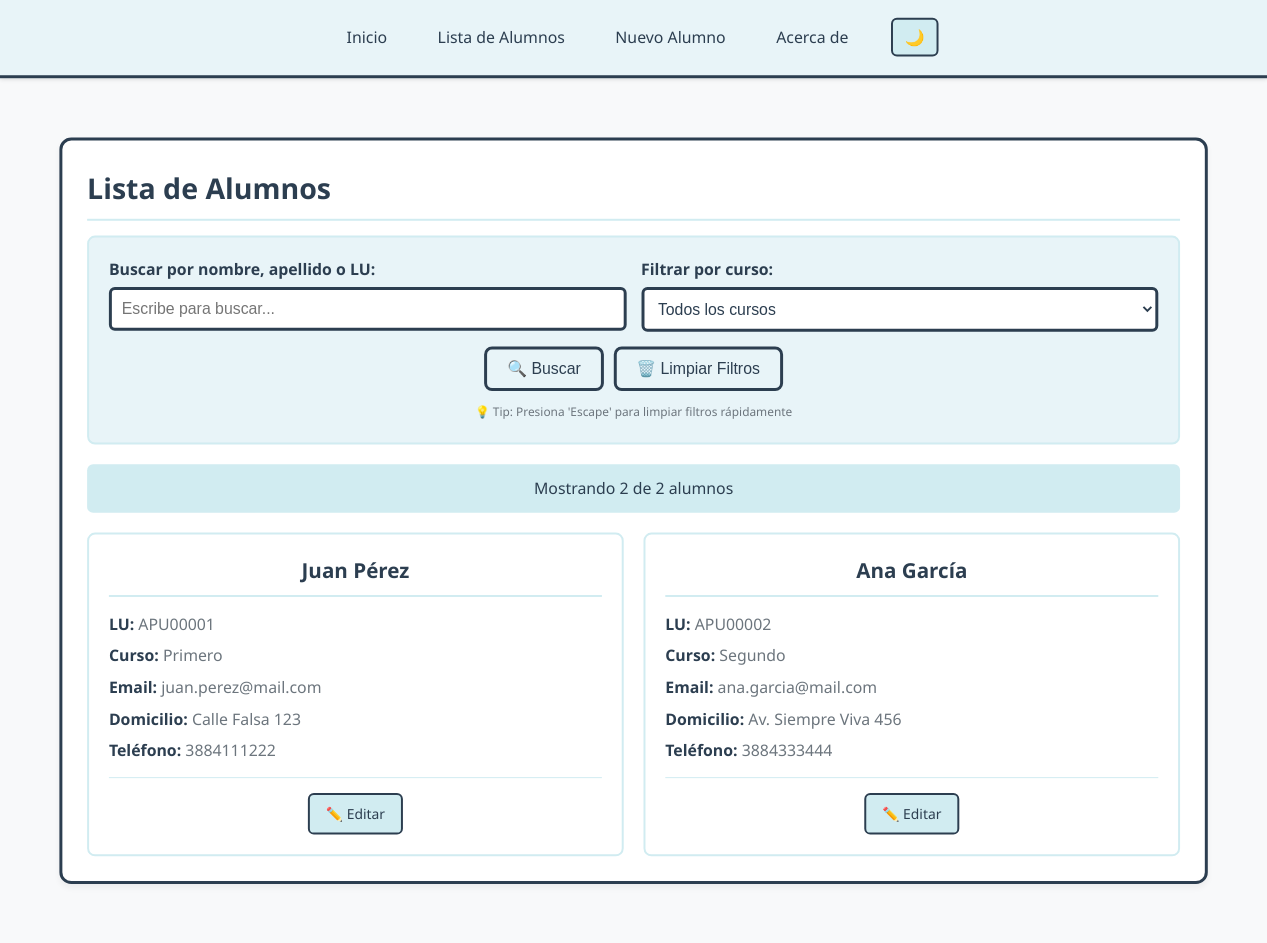
Repository: EduardTr48/pv_tp5_grupo4
Page: /alumnos
An editor plug-in stored every save of this project. The page is shown before and after the next save, followed by the edit.
The browser window is 1280 px wide. The pictures show the whole page, at 99% of full size.
The project was rebuilt for these pictures with package versions that can differ from the ones it lists, and the page was loaded fresh each time. Also part of the build but not shown: vite.config.js.

Above is the page before, as saved 2025-06-06 00:01:53.

### src/index.css
:root {
  font-family: 'Segoe UI', Tahoma, Geneva, Verdana, sans-serif;
  line-height: 1.6;
  font-weight: 400;

  /* Colores pasteles modo claro */
  --color-primary: #f8f9fa;
  --color-secondary: #e8f4f8;
  --color-accent: #d1ecf1;
  --color-border: #2c3e50;
  --color-text: #2c3e50;
  --color-text-light: #6c757d;
  --color-card-bg: #ffffff;
  --color-input-bg: #ffffff;
}

/* Modo oscuro con colores pasteles oscuros */
:root[data-theme="dark"] {
  --color-primary: #2d3748;
  --color-secondary: #4a5568;
  --color-accent: #718096;
  --color-border: #e2e8f0;
  --color-text: #f7fafc;
  --color-text-light: #cbd5e0;
  --color-card-bg: #4a5568;
  --color-input-bg: #2d3748;
}

* {
  margin: 0;
  padding: 0;
  box-sizing: border-box;
}

body {
  background-color: var(--color-primary);
  color: var(--color-text);
  font-size: 16px;
  min-height: 100vh;
}

#root {
  min-height: 100vh;
}

/* Contenedores principales */
.container {
  max-width: 1200px;
  margin: 0 auto;
  padding: 20px;
}

/* Navegación */
nav {
  background-color: var(--color-secondary);
  border-bottom: 3px solid var(--color-border);
  padding: 15px 20px;
  box-shadow: 0 2px 4px rgba(0,0,0,0.1);
  display: flex;
  justify-content: center;
  align-items: center;
  gap: 15px;
}

nav a {
  color: var(--color-text);
  text-decoration: none;
  padding: 8px 16px;
  border-radius: 6px;
  border: 2px solid transparent;
  transition: all 0.3s ease;
  font-weight: 500;
}

nav a:hover {
  background-color: var(--color-accent);
  border-color: var(--color-border);
}

/* Theme toggle button en navbar */
.theme-toggle-nav {
  background-color: var(--color-accent) !important;
  color: var(--color-text) !important;
  border: 2px solid var(--color-border) !important;
  padding: 8px 12px !important;
  border-radius: 6px !important;
  cursor: pointer;
  font-size: 16px !important;
  font-weight: 500 !important;
  transition: all 0.3s ease !important;
  margin-left: 10px;
}

.theme-toggle-nav:hover {
  background-color: var(--color-card-bg) !important;
  color: var(--color-text) !important;
  transform: scale(1.1) !important;
}

/* Títulos */
h1 {
  color: var(--color-text);
  font-size: 2.2em;
  margin-bottom: 20px;
  text-align: center;
  font-weight: 600;
}

h2 {
  color: var(--color-text);
  font-size: 1.8em;
  margin-bottom: 15px;
  border-bottom: 2px solid var(--color-accent);
  padding-bottom: 8px;
}

h3 {
  color: var(--color-text);
  font-size: 1.4em;
  margin-bottom: 12px;
}

/* Párrafos */
p {
  color: var(--color-text-light);
  margin-bottom: 12px;
  line-height: 1.8;
}

/* Contenedores con bordes */
.card {
  background-color: var(--color-card-bg);
  border: 3px solid var(--color-border);
  border-radius: 12px;
  padding: 25px;
  margin: 20px 0;
  box-shadow: 0 4px 6px rgba(0,0,0,0.05);
}

/* Botones */
button {
  background-color: var(--color-secondary);
  color: var(--color-text);
  border: 3px solid var(--color-border);
  padding: 10px 20px;
  border-radius: 8px;
  cursor: pointer;
  font-size: 16px;
  font-weight: 500;
  transition: all 0.3s ease;
}

button:hover {
  background-color: var(--color-accent);
  color: var(--color-text);
  transform: translateY(-1px);
}

/* Inputs */
input, select, textarea {
  border: 3px solid var(--color-border);
  border-radius: 6px;
  padding: 10px;
  font-size: 16px;
  background-color: var(--color-input-bg);
  color: var(--color-text);
  transition: border-color 0.3s ease;
}

input:focus, select:focus, textarea:focus {
  outline: none;
  border-color: var(--color-accent);
  box-shadow: 0 0 0 3px rgba(113, 128, 150, 0.3);
}

/* Labels */
label {
  color: var(--color-text);
  font-weight: 500;
}

/* Enlaces */
a {
  color: var(--color-text);
  text-decoration: none;
}

a:hover {
  color: var(--color-text-light);
}

/* Theme toggle button */
.theme-toggle {
  position: fixed;
  top: 20px;
  right: 20px;
  background-color: var(--color-accent);
  color: var(--color-text);
  border: 3px solid var(--color-border);
  padding: 12px 16px;
  border-radius: 8px;
  cursor: pointer;
  font-size: 14px;
  font-weight: 600;
  transition: all 0.3s ease;
  z-index: 1000;
}

.theme-toggle:hover {
  transform: scale(1.05);
  box-shadow: 0 4px 8px rgba(0,0,0,0.2);
}

/* Estilos para lista de alumnos */
.alumnos-grid {
  display: grid;
  grid-template-columns: repeat(auto-fit, minmax(300px, 1fr));
  gap: 20px;
  margin-top: 20px;
}

.alumno-card {
  background-color: var(--color-card-bg);
  border: 2px solid var(--color-accent);
  border-radius: 8px;
  padding: 20px;
  transition: all 0.3s ease;
}

.alumno-card:hover {
  transform: translateY(-2px);
  box-shadow: 0 4px 12px rgba(0,0,0,0.1);
  border-color: var(--color-border);
}

.alumno-card h3 {
  color: var(--color-text);
  font-size: 1.3em;
  margin-bottom: 15px;
  text-align: center;
  border-bottom: 2px solid var(--color-accent);
  padding-bottom: 8px;
}

.alumno-info p {
  margin-bottom: 8px;
  color: var(--color-text-light);
  line-height: 1.5;
}

.alumno-info strong {
  color: var(--color-text);
  font-weight: 600;
}

/* Acciones de alumno */
.alumno-actions {
  display: flex;
  justify-content: center;
  gap: 10px;
  margin-top: 15px;
  padding-top: 15px;
  border-top: 1px solid var(--color-accent);
}

.btn-editar {
  background-color: var(--color-accent);
  color: var(--color-text);
  border: 2px solid var(--color-border);
  padding: 8px 16px;
  border-radius: 6px;
  text-decoration: none;
  font-weight: 500;
  font-size: 14px;
  transition: all 0.3s ease;
  display: inline-flex;
  align-items: center;
  gap: 5px;
}

.btn-editar:hover {
  background-color: var(--color-secondary);
  transform: translateY(-1px);
  box-shadow: 0 2px 4px rgba(0,0,0,0.1);
}

/* Estilos para formulario de filtros */
.filtros-form {
  background-color: var(--color-secondary);
  border: 2px solid var(--color-accent);
  border-radius: 8px;
  padding: 20px;
  margin-bottom: 20px;
}

.filtros-row {
  display: grid;
  grid-template-columns: 1fr 1fr;
  gap: 15px;
  margin-bottom: 15px;
}

.filtro-campo {
  display: flex;
  flex-direction: column;
  gap: 5px;
}

.filtro-campo label {
  font-weight: 600;
  color: var(--color-text);
}

.filtros-acciones {
  display: flex;
  gap: 10px;
  justify-content: center;
  margin-bottom: 10px;
}

.filtros-tip {
  text-align: center;
  font-size: 12px;
  color: var(--color-text-light);
  margin: 0;
}

.resultados-info {
  background-color: var(--color-accent);
  padding: 10px;
  border-radius: 6px;
  text-align: center;
  font-weight: 500;
  color: var(--color-text);
  margin-bottom: 15px;
}

/* Responsive para filtros */
@media (max-width: 768px) {
  .filtros-row {
    grid-template-columns: 1fr;
  }

  .filtros-acciones {
    flex-direction: column;
  }
}

### src/App.jsx
import { useState } from 'react'
import { BrowserRouter as Router, Routes, Route } from 'react-router-dom';
import NavBar from './components/NavBar.jsx';
import ListaAlumnos from './components/ListaAlumnos.jsx';

const App = () => {
  const [count, setCount] = useState(0)

  const HomePage = () => (
    <div className="container">
      <div className="card">
        <h1>Bienvenido al Sistema de Gestión de Alumnos</h1>
        <p>Este sistema te permite administrar la información de los estudiantes de manera eficiente.</p>
        <p>Utiliza el menú de navegación para acceder a las diferentes funcionalidades.</p>
      </div>
    </div>
  );

  return (
    <Router>
      <NavBar />
      <div style={{ padding: '20px' }}>
        <Routes>
          <Route path="/" element={<HomePage />} />
          <Route path="/alumnos" element={<ListaAlumnos />} />
          <Route path="/alumnos/nuevo" element={<div className="container"><div className="card"><h2>Nuevo Alumno</h2></div></div>} />
          <Route path="/alumnos/:id/editar" element={<div className="container"><div className="card"><h2>Editar Alumno</h2></div></div>} />
          <Route path="/acerca-de" element={<div className="container"><div className="card"><h2>Acerca de</h2></div></div>} />
        </Routes>
      </div>
    </Router>
  );
};

export default App

### src/components/NavBar.jsx
import React, { useState, useEffect } from 'react';
import { Link } from 'react-router-dom';

const NavBar = () => {
  const [isDarkMode, setIsDarkMode] = useState(false);

  // Evento sintético onClick para toggle del tema
  const handleThemeToggle = () => {
    setIsDarkMode(prevMode => !prevMode);
  };

  // Uso de evento nativo con addEventListener en useEffect
  useEffect(() => {
    // Evento nativo para detectar teclas (ejemplo: 'T' para toggle tema)
    const handleKeyPress = (event) => {
      if (event.key === 't' || event.key === 'T') {
        setIsDarkMode(prevMode => !prevMode);
      }
    };

    // Agregar event listener nativo
    document.addEventListener('keydown', handleKeyPress);

    // Cleanup del event listener
    return () => {
      document.removeEventListener('keydown', handleKeyPress);
    };
  }, []);

  // Aplicar el tema al documento
  useEffect(() => {
    document.documentElement.setAttribute('data-theme', isDarkMode ? 'dark' : 'light');
  }, [isDarkMode]);

  return (
    <nav>
      <Link to="/">Inicio</Link>
      <Link to="/alumnos">Lista de Alumnos</Link>
      <Link to="/alumnos/nuevo">Nuevo Alumno</Link>
      <Link to="/acerca-de">Acerca de</Link>

      {/* Botón toggle tema - evento onClick sintético */}
      <button
        className="theme-toggle-nav"
        onClick={handleThemeToggle}
        title="Cambiar tema (o presiona T)"
      >
        {isDarkMode ? '☀️' : '🌙'}
      </button>
    </nav>
  );
};

export default NavBar;

### src/components/ListaAlumnos.jsx
import React, { useState, useEffect } from 'react';
import { Link } from 'react-router-dom';
import alumnos from '../data/alumnosData.js';

const ListaAlumnos = () => {
  const [filtroTexto, setFiltroTexto] = useState('');
  const [filtroCurso, setFiltroCurso] = useState('');
  const [alumnosFiltrados, setAlumnosFiltrados] = useState(alumnos);

  // Evento sintético onChange para filtro de texto
  const handleFiltroTextoChange = (event) => {
    setFiltroTexto(event.target.value);
  };

  // Evento sintético onChange para filtro de curso
  const handleFiltroCursoChange = (event) => {
    setFiltroCurso(event.target.value);
  };

  // Evento sintético onSubmit para búsqueda
  const handleBusquedaSubmit = (event) => {
    event.preventDefault();
    aplicarFiltros();
  };

  // Función manejadora para aplicar filtros
  const aplicarFiltros = () => {
    let resultados = alumnos;

    if (filtroTexto) {
      resultados = resultados.filter(alumno =>
        alumno.nombre.toLowerCase().includes(filtroTexto.toLowerCase()) ||
        alumno.apellido.toLowerCase().includes(filtroTexto.toLowerCase()) ||
        alumno.Lu.toLowerCase().includes(filtroTexto.toLowerCase())
      );
    }

    if (filtroCurso) {
      resultados = resultados.filter(alumno =>
        alumno.curso === filtroCurso
      );
    }

    setAlumnosFiltrados(resultados);
  };

  // Evento sintético onClick para limpiar filtros
  const handleLimpiarFiltros = () => {
    setFiltroTexto('');
    setFiltroCurso('');
    setAlumnosFiltrados(alumnos);
  };

  // Uso de evento nativo con addEventListener
  useEffect(() => {
    // Evento nativo para detectar Escape y limpiar filtros
    const handleKeyDown = (event) => {
      if (event.key === 'Escape') {
        handleLimpiarFiltros();
      }
    };

    // Agregar event listener nativo
    document.addEventListener('keydown', handleKeyDown);

    // Cleanup del event listener
    return () => {
      document.removeEventListener('keydown', handleKeyDown);
    };
  }, []);

  // Aplicar filtros cuando cambien los valores
  useEffect(() => {
    aplicarFiltros();
  }, [filtroTexto, filtroCurso]);

  // Obtener cursos únicos para el select
  const cursosUnicos = [...new Set(alumnos.map(alumno => alumno.curso))];

  return (
    <div className="container">
      <div className="card">
        <h2>Lista de Alumnos</h2>

        {/* Formulario de búsqueda con eventos sintéticos */}
        <form onSubmit={handleBusquedaSubmit} className="filtros-form">
          <div className="filtros-row">
            <div className="filtro-campo">
              <label htmlFor="filtroTexto">Buscar por nombre, apellido o LU:</label>
              <input
                id="filtroTexto"
                type="text"
                value={filtroTexto}
                onChange={handleFiltroTextoChange}
                placeholder="Escribe para buscar..."
              />
            </div>

            <div className="filtro-campo">
              <label htmlFor="filtroCurso">Filtrar por curso:</label>
              <select
                id="filtroCurso"
                value={filtroCurso}
                onChange={handleFiltroCursoChange}
              >
                <option value="">Todos los cursos</option>
                {cursosUnicos.map(curso => (
                  <option key={curso} value={curso}>{curso}</option>
                ))}
              </select>
            </div>
          </div>

          <div className="filtros-acciones">
            <button type="submit">🔍 Buscar</button>
            <button type="button" onClick={handleLimpiarFiltros}>
              🗑️ Limpiar Filtros
            </button>
          </div>

          <p className="filtros-tip">
            💡 Tip: Presiona 'Escape' para limpiar filtros rápidamente
          </p>
        </form>

        {/* Resultados */}
        {alumnosFiltrados.length === 0 ? (
          <p>No se encontraron alumnos con los criterios especificados.</p>
        ) : (
          <>
            <p className="resultados-info">
              Mostrando {alumnosFiltrados.length} de {alumnos.length} alumnos
            </p>
            <div className="alumnos-grid">
              {alumnosFiltrados.map((alumno, index) => (
                <div key={alumno.Lu} className="alumno-card">
                  <h3>{alumno.nombre} {alumno.apellido}</h3>
                  <div className="alumno-info">
                    <p><strong>LU:</strong> {alumno.Lu}</p>
                    <p><strong>Curso:</strong> {alumno.curso}</p>
                    <p><strong>Email:</strong> {alumno.email}</p>
                    <p><strong>Domicilio:</strong> {alumno.domicilio}</p>
                    <p><strong>Teléfono:</strong> {alumno.teléfono}</p>
                  </div>

                  {/* Botones de acción */}
                  <div className="alumno-actions">
                    <Link to={`/alumnos/${alumno.Lu}/editar`} className="btn-editar">
                      ✏️ Editar
                    </Link>
                  </div>
                </div>
              ))}
            </div>
          </>
        )}
      </div>
    </div>
  );
};

export default ListaAlumnos;

### src/data/alumnosData.js
const alumnos = [
  {
    Lu: "APU00001",
    nombre: "Juan",
    apellido: "Pérez",
    curso: "Primero",
    email: "juan.perez@mail.com",
    domicilio: "Calle Falsa 123",
    teléfono: "3884111222"
  },
  {
    Lu: "APU00002",
    nombre: "Ana",
    apellido: "García",
    curso: "Segundo",
    email: "ana.garcia@mail.com",
    domicilio: "Av. Siempre Viva 456",
    teléfono: "3884333444"
  },
  // se puede agregar más alumnos
];

export default alumnos;

Loaded but not shown: index.html (common file); src/main.jsx (common file)

After the next save:
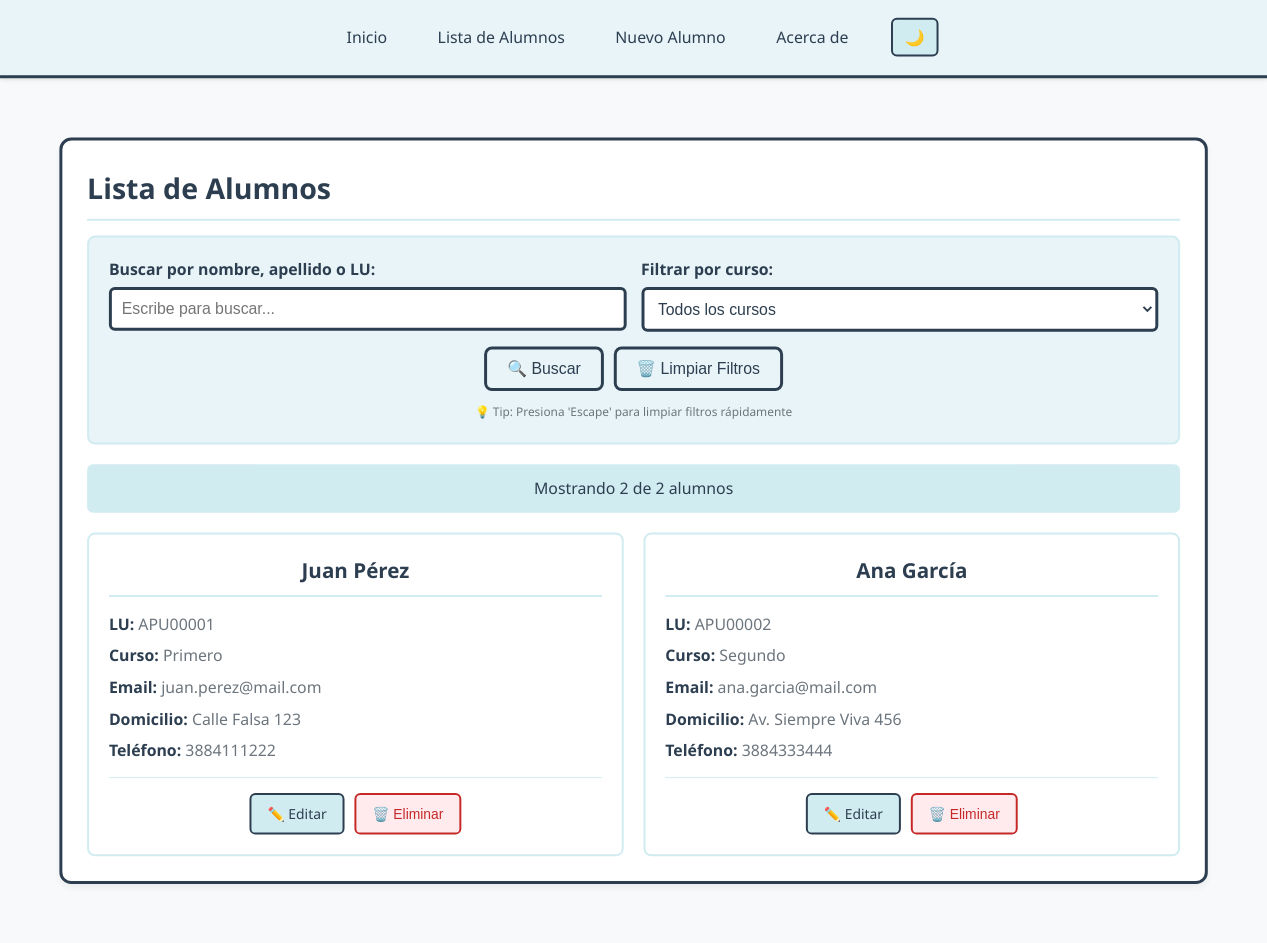
Saved 2 min 27 s later.
--- a/src/index.css
+++ b/src/index.css
@@ -263,9 +263,7 @@ a:hover {
   border-top: 1px solid var(--color-accent);
 }
 
-.btn-editar {
-  background-color: var(--color-accent);
-  color: var(--color-text);
+.btn-editar, .btn-eliminar {
   border: 2px solid var(--color-border);
   padding: 8px 16px;
   border-radius: 6px;
@@ -276,12 +274,41 @@ a:hover {
   display: inline-flex;
   align-items: center;
   gap: 5px;
+  cursor: pointer;
+}
+
+.btn-editar {
+  background-color: var(--color-accent);
+  color: var(--color-text);
 }
 
 .btn-editar:hover {
   background-color: var(--color-secondary);
   transform: translateY(-1px);
   box-shadow: 0 2px 4px rgba(0,0,0,0.1);
+}
+
+.btn-eliminar {
+  background-color: #ffebee;
+  color: #c62828;
+  border-color: #c62828;
+}
+
+.btn-eliminar:hover {
+  background-color: #ffcdd2;
+  transform: translateY(-1px);
+  box-shadow: 0 2px 4px rgba(198, 40, 40, 0.2);
+}
+
+/* Modo oscuro para botón eliminar */
+:root[data-theme="dark"] .btn-eliminar {
+  background-color: #5d1a1a;
+  color: #ffcdd2;
+  border-color: #ffcdd2;
+}
+
+:root[data-theme="dark"] .btn-eliminar:hover {
+  background-color: #3d1010;
 }
 
 /* Estilos para formulario de filtros */
--- a/src/components/ListaAlumnos.jsx
+++ b/src/components/ListaAlumnos.jsx
@@ -6,6 +6,7 @@ const ListaAlumnos = () => {
   const [filtroTexto, setFiltroTexto] = useState('');
   const [filtroCurso, setFiltroCurso] = useState('');
   const [alumnosFiltrados, setAlumnosFiltrados] = useState(alumnos);
+  const [alumnosActuales, setAlumnosActuales] = useState(alumnos);
 
   // Evento sintético onChange para filtro de texto
   const handleFiltroTextoChange = (event) => {
@@ -23,9 +24,23 @@ const ListaAlumnos = () => {
     aplicarFiltros();
   };
 
-  // Función manejadora para aplicar filtros
-  const aplicarFiltros = () => {
-    let resultados = alumnos;
+  // Evento sintético onClick para eliminar con confirmación
+  const handleEliminarAlumno = (alumno) => {
+    const confirmacion = window.confirm(
+      `¿Estás seguro de que deseas eliminar al alumno ${alumno.nombre} ${alumno.apellido}?\n\nEsta acción no se puede deshacer.`
+    );
+
+    if (confirmacion) {
+      const nuevosAlumnos = alumnosActuales.filter(a => a.Lu !== alumno.Lu);
+      setAlumnosActuales(nuevosAlumnos);
+      aplicarFiltrosConDatos(nuevosAlumnos);
+      alert(`El alumno ${alumno.nombre} ${alumno.apellido} ha sido eliminado exitosamente.`);
+    }
+  };
+
+  // Función manejadora para aplicar filtros con datos específicos
+  const aplicarFiltrosConDatos = (datosAlumnos = alumnosActuales) => {
+    let resultados = datosAlumnos;
 
     if (filtroTexto) {
       resultados = resultados.filter(alumno =>
@@ -44,26 +59,28 @@ const ListaAlumnos = () => {
     setAlumnosFiltrados(resultados);
   };
 
+  // Función manejadora para aplicar filtros
+  const aplicarFiltros = () => {
+    aplicarFiltrosConDatos();
+  };
+
   // Evento sintético onClick para limpiar filtros
   const handleLimpiarFiltros = () => {
     setFiltroTexto('');
     setFiltroCurso('');
-    setAlumnosFiltrados(alumnos);
+    setAlumnosFiltrados(alumnosActuales);
   };
 
   // Uso de evento nativo con addEventListener
   useEffect(() => {
-    // Evento nativo para detectar Escape y limpiar filtros
     const handleKeyDown = (event) => {
       if (event.key === 'Escape') {
         handleLimpiarFiltros();
       }
     };
 
-    // Agregar event listener nativo
     document.addEventListener('keydown', handleKeyDown);
 
-    // Cleanup del event listener
     return () => {
       document.removeEventListener('keydown', handleKeyDown);
     };
@@ -71,11 +88,11 @@ const ListaAlumnos = () => {
 
   // Aplicar filtros cuando cambien los valores
   useEffect(() => {
-    aplicarFiltros();
-  }, [filtroTexto, filtroCurso]);
+    aplicarFiltrosConDatos();
+  }, [filtroTexto, filtroCurso, alumnosActuales]);
 
   // Obtener cursos únicos para el select
-  const cursosUnicos = [...new Set(alumnos.map(alumno => alumno.curso))];
+  const cursosUnicos = [...new Set(alumnosActuales.map(alumno => alumno.curso))];
 
   return (
     <div className="container">
@@ -129,7 +146,7 @@ const ListaAlumnos = () => {
         ) : (
           <>
             <p className="resultados-info">
-              Mostrando {alumnosFiltrados.length} de {alumnos.length} alumnos
+              Mostrando {alumnosFiltrados.length} de {alumnosActuales.length} alumnos
             </p>
             <div className="alumnos-grid">
               {alumnosFiltrados.map((alumno, index) => (
@@ -148,6 +165,13 @@ const ListaAlumnos = () => {
                     <Link to={`/alumnos/${alumno.Lu}/editar`} className="btn-editar">
                       ✏️ Editar
                     </Link>
+                    <button
+                      className="btn-eliminar"
+                      onClick={() => handleEliminarAlumno(alumno)}
+                      title={`Eliminar a ${alumno.nombre} ${alumno.apellido}`}
+                    >
+                      🗑️ Eliminar
+                    </button>
                   </div>
                 </div>
               ))}
